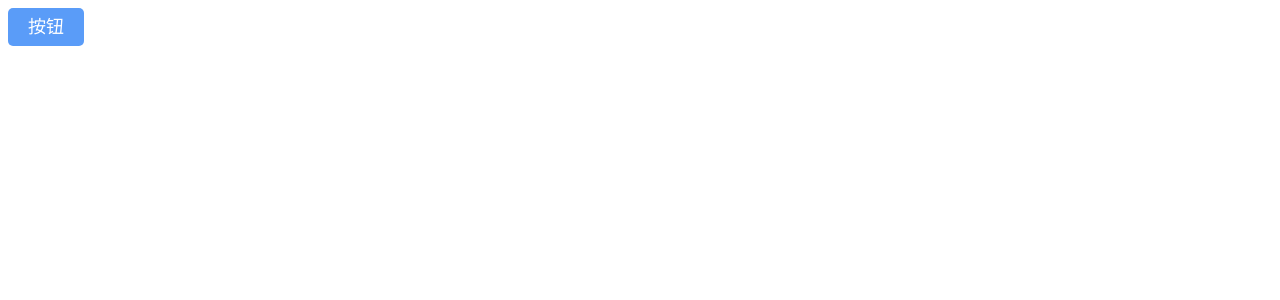
Repository: west2-online-reserve/collection-frontend
Page: / (app in work5/IMZTTTT_XD/west2-UI/)
The author's editor kept a copy of each file at every save. The page is drawn from the files as they stood at one save, then again after the next save.
The browser window is 1280 px wide. The pictures show the whole page.
The project was rebuilt for these pictures with package versions that can differ from the ones it lists, and the page was loaded fresh each time. Also part of the build but not shown: work5/IMZTTTT_XD/west2-UI/src/assets/main.css, work5/IMZTTTT_XD/west2-UI/packages/components/Input/Input.vue.

Above is the page before, as saved 2024-03-28 22:05:54.
Console error: ReferenceError: createNamespace is not defined

### work5/IMZTTTT_XD/west2-UI/src/main.js
import './assets/main.css'

import { createApp } from 'vue'
import App from './App.vue'

import West2Ui from '@west2ui/components'
import '@west2ui/theme/index.scss'

const app = createApp(App)
app.use(West2Ui)
app.mount('#app')

### work5/IMZTTTT_XD/west2-UI/src/App.vue
<script lang="ts" setup>
import { ref } from 'vue'

const dialogVisible = ref(false)
const checked1 = ref(true)
const handleClose = (done: () => void) => {
  ElMessageBox.comfirm('确定关闭吗？')
    .then(() => {
      done()
    })
    .catch(() => {
      // catch error
    })
}
</script>

<template>
  <zt-button type="primary" @click="dialogVisible = true">按钮</zt-button>
  <zt-dialog v-model="dialogVisible" title="Tips" :before-close="handleClose">
    <span>This is a message</span>
    <template #footer>
      <div class="dialog-footer">
        <zt-button @click="dialogVisible = false" size="small">Cancel</zt-button>
        <zt-button type="primary" @click="dialogVisible = false" size="small"> Confirm </zt-button>
      </div>
    </template>
  </zt-dialog>
  <zt-checkbox label="11" v-model="checked1"></zt-checkbox>
</template>

<style scoped></style>

### work5/IMZTTTT_XD/west2-UI/packages/components/index.js
import Button from './Button'
import Input from './Input'
import Dialog from './Dialog'
import Checkbox from './Checkbox'
const components = [Input, Button, Dialog, Checkbox]

const install = (app) => {
  components.forEach((component) => {
    app.component(component.name, component)
  })
}

export default {
  install
}

### work5/IMZTTTT_XD/west2-UI/packages/theme/index.scss
@use './Input.scss';
@use './Button.scss';
@use './Dialog.scss';

### work5/IMZTTTT_XD/west2-UI/packages/components/Button/index.js
import Button from './Button.vue'

Button.install = (app) => {
  // 注册组件
  app.component(Button.name, Button)
}

export default Button

### work5/IMZTTTT_XD/west2-UI/packages/components/Input/index.js
import Input from './Input.vue'

Input.install = (app) => {
  // 注册组件
  app.component(Input.name, Input)
}

export default Input

### work5/IMZTTTT_XD/west2-UI/packages/components/Dialog/index.js
import Dialog from './Dialog.vue'

Dialog.install = (app) => {
  // 注册组件
  app.component(Dialog.name, Dialog)
}

export default Dialog

### work5/IMZTTTT_XD/west2-UI/packages/components/Checkbox/index.js
import Checkbox from './Checkbox.vue'

Checkbox.install = (app) => {
  // 注册组件
  app.component(Checkbox.name, Checkbox)
}

export default Checkbox

### work5/IMZTTTT_XD/west2-UI/packages/theme/Input.scss
.w-input {
  border: 1px solid;
}

.w-input__inner {
  width: 100%;
  flex-grow: 1;
  font-size: inherit;
  padding: 0;
  outline: none;
  border: none;
  background: none;
  box-sizing: border-box;
}

.w-input--small {
  font-size: 12px;
  border-color: red;
  padding: 6px 8px;
}

.w-input--medium {
  font-size: 14px;
  border-color: yellow;
  padding: 8px 10px;
}

.w-input--large {
  font-size: 16px;
  border-color: green;
  padding: 10px 12px;
}

### work5/IMZTTTT_XD/west2-UI/packages/theme/Button.scss
@use './var.scss' as *;
@use './mix.scss' as *;

@include b(button) {
  // BEM规范
  align-items: center;
  display: inline-flex;
  cursor: pointer;
  outline: none;
  border: #fafafa;
  border-radius: 5px;
  user-select: none;
  min-height: 32px;
  line-height: 1;
  vertical-align: middle;
  padding: 0 10px;

  @include m(default) {
    padding: 10px 20px;
    font-size: 18px;
  }

  @include m(small) {
    padding: 0px 18px;
    font-size: 16px;
  }

  @include m(large) {
    padding: 20px 25px;
    font-size: 24px;
  }

  @include when(disabled) {
    // 针对不同类型处理
    &,
    &:hover,
    &:focus {
      cursor: not-allowed;
    }
  }

  @include when(round) {
    border-radius: 20px;
  }

  @include m(primary) {
    //渲染不同类型的button
    @include button-variant($color-white, $color-primary, $color-primary);
  }

  @include m(success) {
    @include button-variant($color-white, $color-success, $color-success);
  }

  @include m(warning) {
    @include button-variant($color-white, $color-warning, $color-warning);
  }

  @include m(danger) {
    @include button-variant($color-white, $color-danger, $color-danger);
  }

  @include m(info) {
    @include button-variant($color-white, $color-info, $color-info);
  }
}

### work5/IMZTTTT_XD/west2-UI/packages/theme/var.scss
$color-primary: #5a9cf8;
$color-white: #ffffff;
$color-black: #000000;
$color-success: #7ec050;
$color-warning: #dca550;
$color-danger: #e47470;
$color-info: #919398;
$text-color-primary: #303133;
$text-color-regular: #606266;

### work5/IMZTTTT_XD/west2-UI/packages/theme/mix.scss
@use 'config' as *;
@forward 'config';

// .z-button{}
@mixin b($block) {
  $B: $namespace + '-' + $block;

  .#{$B} {
    @content;
  }
}

// .z-button.is-desiabled
@mixin when($state) {
  @at-root {
    &.#{$state-prefix + $state} {
      @content;
    }
  }
}

// &--primary => .z-button--primary
@mixin m($modifier) {
  @at-root {
    #{& + $modifier-separator + $modifier} {
      @content;
    }
  }
}

// &__header  => .z-button__header
@mixin e($element) {
  @at-root {
    #{& + $element-separator + $element} {
      @content;
    }
  }
}

@mixin button-variant($color, $background-color, $border-color) {
  color: $color;
  background: $background-color;
  border-color: $border-color;
  &:hover {
    background-color: lighten($background-color, 10%);
  }
  &:active {
    background-color: darken($background-color, 10%);
  }

  &.disabled,
  &:disabled {
    background-color: lighten($background-color, 20%);
    color: $color;
    border-color: $border-color;
  }
}

### work5/IMZTTTT_XD/west2-UI/packages/theme/config.scss
$namespace: 'zt';
$element-separator: '__';
$modifier-separator: '--';
$state-prefix: 'is-';

### work5/IMZTTTT_XD/west2-UI/packages/theme/Dialog.scss
@use './var.scss' as *;
@use './mix.scss' as *;
.zt-dialog__wrapper {
  position: fixed;
  z-index: 9998;
  top: 0;
  left: 0;
  width: 100%;
  height: 100%;
  background-color: rgba(0, 0, 0, 0.5);
  display: flex;
  transition: opacity 0.3s ease;
}
.zt-overlay-dialog {
  width: 100%;
}
.zt-button + .zt-button {
  margin-left: 12px;
}
@include b(dialog) {
  // BEM规范
  align-items: center;
  background: #fff;
  position: relative;
  padding: 16px;
  box-shadow:
    0px 12px 32px 4px rgba(0, 0, 0, 0.04),
    0px 8px 20px rgba(0, 0, 0, 0.08);
  border-radius: 2px;
  margin: 15vh auto 50px;
  width: 500px;

  @include e(header) {
    margin-bottom: 16px;
  }

  @include e(title) {
    line-height: 24px;
    font-size: 18px;
    color: $text-color-primary;
  }

  @include e(body) {
    font-size: 14px;
    color: $text-color-regular;
  }

  @include e(footer) {
    padding-top: 16px;
    text-align: right;
  }
  @include e(headerbtn) {
    position: absolute;
    top: 0;
    right: 0;
    padding: 0;
    width: 48px;
    height: 48px;
    background: transparent;
    border: none;
    outline: none;
    cursor: pointer;
    font-size: 16px;

    img {
      width: 16px;
      height: 16px;
    }
  }
}

.dialog-fade-enter-from {
  opacity: 0;
}

.dialog-fade-leave-to {
  opacity: 0;
}

.dialog-fade-enter-from .dialog-fade-container,
.dialog-fade-leave-to .dialog-fade-container {
  -webkit-transform: scale(1.1);
  transform: scale(1.1);
}

### work5/IMZTTTT_XD/west2-UI/packages/components/Button/Button.vue
<template>
  <button
    @click="handleClick"
    :disabled="disabled"
    :class="[
      bem.b(),
      bem.m(type),
      bem.m(size),
      bem.is('disabled', disabled),
      bem.is('round', round)
    ]"
  >
    <span v-if="$slots.default"><slot></slot></span>
  </button>
</template>

<script setup>
import { useNamespace } from '../../hooks/use-namespace'
defineOptions({
  name: 'zt-button'
})
const bem = useNamespace('button')
const props = defineProps({
  type: {
    // 类型
    type: String,
    default: 'info',
    validator: (value) => ['primary', 'success', 'warning', 'danger', 'info'].includes(value)
  },
  disabled: {
    type: Boolean,
    default: false
  },
  size: {
    type: String,
    default: 'default',
    validator: (value) => ['small', 'default', 'large'].includes(value)
  },
  round: {
    type: Boolean,
    default: false
  }
})
const emit = defineEmits(['click'])

const handleClick = (event) => {
  emit('click', event)
}
</script>

### work5/IMZTTTT_XD/west2-UI/packages/components/Dialog/Dialog.vue
<template>
  <teleport :to="appendTo">
    <transition name="dialog-fade">
      <div v-show="visible" class="zt-dialog__wrapper">
        <div role="dialog" ref="dialog" :class="`${bem.namespace.value}-overlay-dialog`">
          <ZTDialogContent
            v-if="rendered"
            ref="dialogContentRef"
            :title="title"
            @close="handleClose"
          >
            <template #header>
              <slot
                v-if="!$slots.title"
                name="header"
                :close="handleClose"
                :title-class="bem.e('title')"
              />
              <slot v-else name="title" />
            </template>
            <slot />
            <template v-if="$slots.footer" #footer>
              <slot name="footer" />
            </template>
          </ZTDialogContent>
        </div>
      </div>
    </transition>
  </teleport>
</template>

<script lang="ts" setup>
import { ref, useSlots, watch } from 'vue'
import ZTDialogContent from './DiglogContent.vue'
import { useNamespace } from '../../hooks/use-namespace'
const slots = useSlots()
const props = defineProps({
  title: {
    type: String,
    default: ''
  },
  appendTo: {
    type: String,
    default: 'body'
  },
  beforeClose: {
    type: Function
  },
  modal: {
    type: Boolean,
    default: true
  },
  modelValue: Boolean
})
const bem = useNamespace('dialog')

const dialogContentRef = ref()
// const visible = ref(false)

const rendered = ref(true) // when desctroyOnClose is true, we initialize it as false vise versa

const emit = defineEmits(['update:modelValue'])

// 使用一个ref跟踪modelValue的状态，这样我们就可以在模板中控制显示或隐藏对话框
const visible = ref(props.modelValue)
const closed = ref(false)

// 监听modelValue prop的变化，以便更新visible的状态
watch(
  () => props.modelValue,
  (newValue) => {
    visible.value = newValue
  }
)

// 监听visible的变化，当它改变时，发出一个事件来更新父组件的modelValue
watch(visible, (newValue) => {
  emit('update:modelValue', newValue)
})

function handleClose() {
  function hide(shouldCancel?: boolean) {
    if (shouldCancel) return
    closed.value = true
    visible.value = false
  }

  if (props.beforeClose) {
    props.beforeClose(hide)
  } else {
    visible.value = false
  }
}
defineOptions({
  name: 'zt-dialog'
})
</script>

### work5/IMZTTTT_XD/west2-UI/packages/hooks/use-namespace.ts
import { computed, getCurrentInstance, inject, ref, unref } from 'vue'

import type { InjectionKey, Ref } from 'vue'

export const defaultNamespace = 'zt'
const statePrefix = 'is-'

const _bem = (
  namespace: string,
  block: string,
  blockSuffix: string,
  element: string,
  modifier: string
) => {
  let cls = `${namespace}-${block}`
  if (blockSuffix) {
    cls += `-${blockSuffix}`
  }
  if (element) {
    cls += `__${element}`
  }
  if (modifier) {
    cls += `--${modifier}`
  }
  return cls
}

export const namespaceContextKey: InjectionKey<Ref<string | undefined>> =
  Symbol('namespaceContextKey')

export const useGetDerivedNamespace = (namespaceOverrides?: Ref<string | undefined>) => {
  const derivedNamespace =
    namespaceOverrides ||
    (getCurrentInstance()
      ? inject(namespaceContextKey, ref(defaultNamespace))
      : ref(defaultNamespace))
  const namespace = computed(() => {
    return unref(derivedNamespace) || defaultNamespace
  })
  return namespace
}

export const useNamespace = (block: string, namespaceOverrides?: Ref<string | undefined>) => {
  const namespace = useGetDerivedNamespace(namespaceOverrides)
  const b = (blockSuffix = '') => _bem(namespace.value, block, blockSuffix, '', '')
  const e = (element?: string) => (element ? _bem(namespace.value, block, '', element, '') : '')
  const m = (modifier?: string) => (modifier ? _bem(namespace.value, block, '', '', modifier) : '')
  const be = (blockSuffix?: string, element?: string) =>
    blockSuffix && element ? _bem(namespace.value, block, blockSuffix, element, '') : ''
  const em = (element?: string, modifier?: string) =>
    element && modifier ? _bem(namespace.value, block, '', element, modifier) : ''
  const bm = (blockSuffix?: string, modifier?: string) =>
    blockSuffix && modifier ? _bem(namespace.value, block, blockSuffix, '', modifier) : ''
  const bem = (blockSuffix?: string, element?: string, modifier?: string) =>
    blockSuffix && element && modifier
      ? _bem(namespace.value, block, blockSuffix, element, modifier)
      : ''
  const is: {
    (name: string, state: boolean | undefined): string
    (name: string): string
  } = (name: string, ...args: [boolean | undefined] | []) => {
    const state = args.length >= 1 ? args[0]! : true
    return name && state ? `${statePrefix}${name}` : ''
  }

  // for css var
  // --el-xxx: value;
  const cssVar = (object: Record<string, string>) => {
    const styles: Record<string, string> = {}
    for (const key in object) {
      if (object[key]) {
        styles[`--${namespace.value}-${key}`] = object[key]
      }
    }
    return styles
  }
  // with block
  const cssVarBlock = (object: Record<string, string>) => {
    const styles: Record<string, string> = {}
    for (const key in object) {
      if (object[key]) {
        styles[`--${namespace.value}-${block}-${key}`] = object[key]
      }
    }
    return styles
  }

  const cssVarName = (name: string) => `--${namespace.value}-${name}`
  const cssVarBlockName = (name: string) => `--${namespace.value}-${block}-${name}`

  return {
    namespace,
    b,
    e,
    m,
    be,
    em,
    bm,
    bem,
    is,
    // css
    cssVar,
    cssVarName,
    cssVarBlock,
    cssVarBlockName
  }
}

export type UseNamespaceReturn = ReturnType<typeof useNamespace>

### work5/IMZTTTT_XD/west2-UI/packages/components/Dialog/DiglogContent.vue
<template>
  <div :class="dialogKls" tabindex="-1">
    <header ref="headerRef" :class="[bem.e('header')]">
      <slot name="header">
        <span role="heading" :class="bem.e('title')">
          {{ title }}
        </span>
      </slot>
      <button v-if="showClose" :class="bem.e('headerbtn')" type="button" @click="$emit('close')">
        <img src="../../assets/取消.png" alt="" />
      </button>
    </header>
    <div :class="bem.e('body')">
      <slot />
    </div>
    <footer v-if="$slots.footer" :class="bem.e('footer')">
      <slot name="footer" />
    </footer>
  </div>
</template>

<script lang="ts" setup>
import { computed, inject } from 'vue'
import { useNamespace } from '../../hooks/use-namespace'
const bem = useNamespace('dialog')
defineOptions({ name: 'ZTDialogContent' })
const dialogKls = computed(() => [bem.b(), bem.is('draggable', props.draggable)])
const props = defineProps({
  title: {
    type: String,
    default: ''
  },
  draggable: {
    type: Boolean,
    default: false
  },
  showClose: {
    type: Boolean,
    default: true
  }
})
</script>

### work5/IMZTTTT_XD/west2-UI/packages/components/Checkbox/Checkbox.vue
<template>
  <label :class="bem.b()">
    <span :class="bem.e('input')">
      <input
        ref="inputRef"
        v-model="model"
        type="checkbox"
        :disabled="disabled"
        :value="label"
        @change="handleChange"
      />
    </span>

    <span v-if="$slots.default || label" :class="bem.e('label')">
      <slot></slot>
      <template v-if="!$slots.default">{{ label }}</template>
    </span>
  </label>
</template>

<script lang="ts" setup>
import { useNamespace } from '../../hooks/use-namespace'
import { onMounted, watch, ref, computed } from 'vue'
import { checkboxEmits, checkboxProps } from './Checkbox.ts'
const bem = createNamespace('checkbox')
const props = defineProps(checkboxProps)
const emit = defineEmits(checkboxEmits)

defineOptions({
  name: 'zt-checkbox'
})
const model = computed<any>({
  get() {
    return props.modelValue
  },
  set(val) {
    return emit('update:modelValue', val)
  }
})
const inputRef = ref<HTMLInputElement>()

function indeterminate(val: boolean) {
  inputRef.value!.indeterminate = val
}
function handleChange(e: Event) {
  const target = e.target as HTMLInputElement
  const value = target.checked ? true : false
  emit('change', value)
}

watch(() => props.indeterminate, indeterminate)

onMounted(() => {
  indeterminate(props.indeterminate)
})
</script>

### work5/IMZTTTT_XD/west2-UI/packages/components/Checkbox/Checkbox.ts
import { ExtractPropTypes, PropType } from 'vue'

export const checkboxProps = {
  modelValue: {
    type: [Boolean, String, Number] as PropType<boolean | string | number>
  },
  indeterminate: Boolean,
  disabled: Boolean,
  label: {
    type: String as PropType<string>
  }
} as const

export type CheckboxProps = Partial<ExtractPropTypes<typeof checkboxProps>>

export const checkboxEmits = {
  'update:modelValue': (value: boolean | string | number) => typeof value === 'boolean',
  change: (value: boolean) => typeof value === 'boolean'
}

export type CheckboxEmits = typeof checkboxEmits

Loaded but not shown: work5/IMZTTTT_XD/west2-UI/index.html (common file)

After the next save:
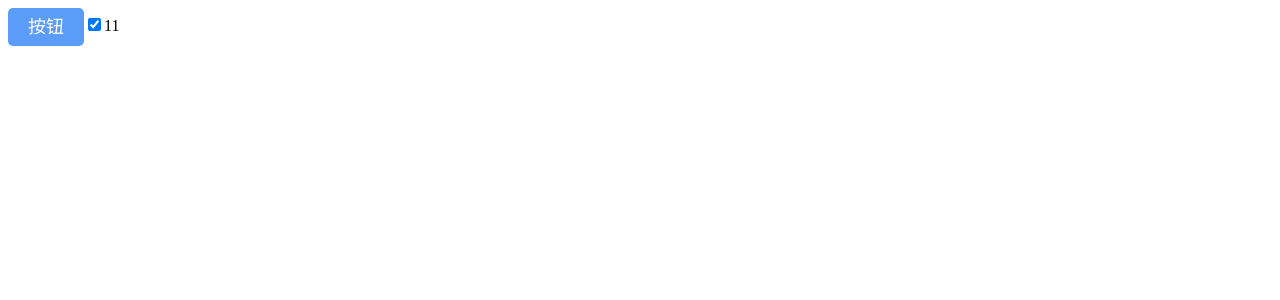
The error is gone.
Saved 112 min 21 s later.
--- a/work5/IMZTTTT_XD/west2-UI/packages/components/Checkbox/Checkbox.vue
+++ b/work5/IMZTTTT_XD/west2-UI/packages/components/Checkbox/Checkbox.vue
@@ -22,7 +22,7 @@
 import { useNamespace } from '../../hooks/use-namespace'
 import { onMounted, watch, ref, computed } from 'vue'
 import { checkboxEmits, checkboxProps } from './Checkbox.ts'
-const bem = createNamespace('checkbox')
+const bem = useNamespace('checkbox')
 const props = defineProps(checkboxProps)
 const emit = defineEmits(checkboxEmits)
 
